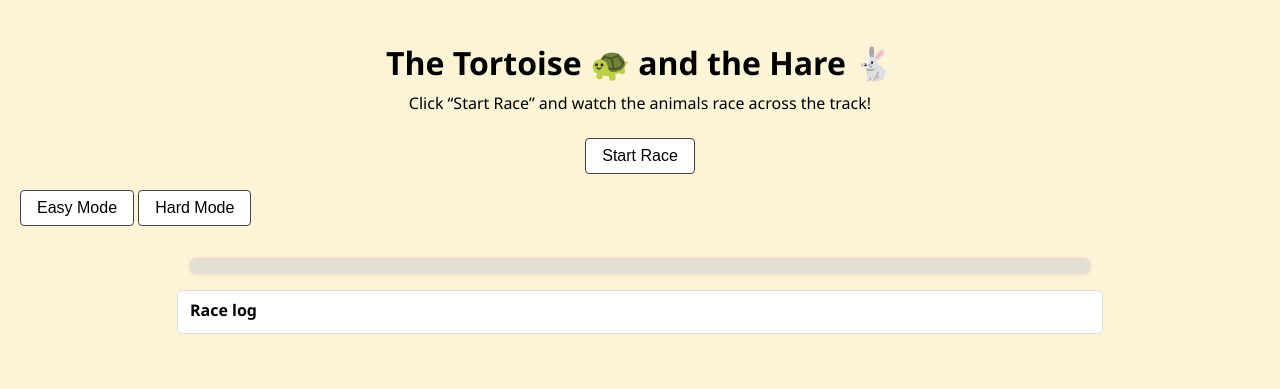
Repository: Caroesspinosa/tortoise-hare-enhanced-CarolinaEspinosa
Page: tortoise_hare.html
An editor plug-in stored every save of this project. The page is shown before and after the next save, followed by the edit.
The browser window is 1280 px wide. The pictures show the whole page.

Above is the page before, as saved 2026-03-29 23:21:14.

### tortoise_hare.html
<!doctype html>
<html lang="en">
    <head>
        <meta charset="UTF-8" />
        <title>The Tortoise and the Hare Race</title>
        <link rel="stylesheet" href="style.css" />
        <!-- script tag for the JS file -->
    </head>

    <body>
        <h1>The Tortoise 🐢 and the Hare 🐇</h1>
        <p class="description">
            Click “Start Race” and watch the animals race across the track!
        </p>

        <div class="controls">
            <button id="startBtn">Start Race</button>
        </div>

        <div class="difficulty">
            <button id="easy-mode">Easy Mode</button>
            <button id="hard-mode">Hard Mode</button>
        </div>

        <div class="track-wrapper">
            <div id="message"></div>
            <div id="track" class="track"></div>
        </div>

        <!-- We will do the log if we have time -->
        <div id="log">
            <h2>Race log</h2>
            <!-- entries added here by JavaScript -->
        </div>
    </body>
</html>

### style.css
body {
	background-color: #fdf3d7;
	font-family: 'Segoe UI', sans-serif;
	margin: 0;
	padding: 20px;
}

h1 {
	text-align: center;
	margin-bottom: 0.5rem;
}

p.description {
	text-align: center;
	margin-top: 0;
	margin-bottom: 1.5rem;
}

.controls {
	display: flex;
	justify-content: center;
	align-items: center;
	gap: 1rem;
	margin-bottom: 1rem;
	flex-wrap: wrap;
}

button {
	padding: 0.5rem 1rem;
	font-size: 1rem;
	border-radius: 4px;
	border: 1px solid #444;
	background-color: #fff;
	cursor: pointer;
}

button:disabled {
	opacity: 0.5;
	cursor: not-allowed;
}

.track-wrapper {
	max-width: 900px;
	margin: 0 auto;
}

#message {
	text-align: center;
	min-height: 1.5em;
	font-weight: bold;
	margin-bottom: 0.5rem;
}

.track {
	display: grid;
	grid-template-columns: repeat(70, 1.1fr);
	gap: 1px;
	padding: 8px;
	background-color: #e2ded0;
	border-radius: 6px;
	box-shadow: 0 0 4px rgba(0, 0, 0, 0.1);
	overflow: hidden;
}

.cell {
	height: 24px;
	display: flex;
	justify-content: center;
	align-items: center;
	font-size: 1.1rem;
	background-color: #fdfaf3;
}

.tortoise {
	background-color: #3b873e;
	/* color: #fff; */
}

.hare {
	background-color: #f08c2e;
	/* color: #fff; */
}

.both {
	background-color: #c0392b;
	/* color: #fff; */
}

#log {
	max-width: 900px;
	margin: 1rem auto 0;
	padding: 0.5rem 0.75rem;
	background-color: #fff;
	border-radius: 6px;
	border: 1px solid #ddd;
	font-size: 0.85rem;
	max-height: 50vh;
	overflow-y: auto;
}

#log h2 {
	margin: 0 0 0.25rem;
	font-size: 1rem;
}

#log .entry {
	font-family: monospace;
}

After the next save:
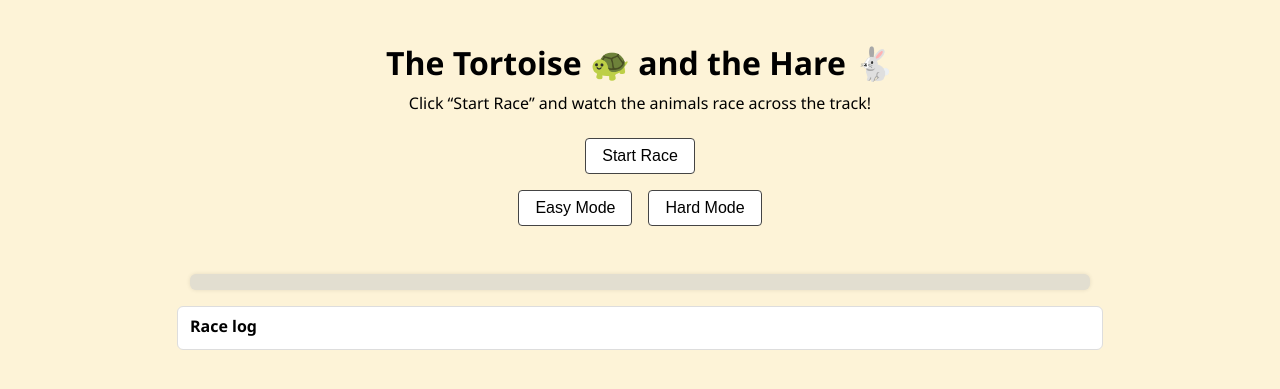
Saved 4 s later.
--- a/style.css
+++ b/style.css
@@ -1,108 +1,117 @@
 body {
-	background-color: #fdf3d7;
-	font-family: 'Segoe UI', sans-serif;
-	margin: 0;
-	padding: 20px;
+    background-color: #fdf3d7;
+    font-family: "Segoe UI", sans-serif;
+    margin: 0;
+    padding: 20px;
 }
 
 h1 {
-	text-align: center;
-	margin-bottom: 0.5rem;
+    text-align: center;
+    margin-bottom: 0.5rem;
 }
 
 p.description {
-	text-align: center;
-	margin-top: 0;
-	margin-bottom: 1.5rem;
+    text-align: center;
+    margin-top: 0;
+    margin-bottom: 1.5rem;
 }
 
 .controls {
-	display: flex;
-	justify-content: center;
-	align-items: center;
-	gap: 1rem;
-	margin-bottom: 1rem;
-	flex-wrap: wrap;
+    display: flex;
+    justify-content: center;
+    align-items: center;
+    gap: 1rem;
+    margin-bottom: 1rem;
+    flex-wrap: wrap;
+}
+
+.difficulty {
+    display: flex;
+    justify-content: center;
+    align-items: center;
+    gap: 1rem;
+    margin-bottom: 1rem;
+    flex-wrap: wrap;
 }
 
 button {
-	padding: 0.5rem 1rem;
-	font-size: 1rem;
-	border-radius: 4px;
-	border: 1px solid #444;
-	background-color: #fff;
-	cursor: pointer;
+    padding: 0.5rem 1rem;
+    font-size: 1rem;
+    border-radius: 4px;
+    border: 1px solid #444;
+    background-color: #fff;
+    cursor: pointer;
 }
 
 button:disabled {
-	opacity: 0.5;
-	cursor: not-allowed;
+    opacity: 0.5;
+    cursor: not-allowed;
 }
 
 .track-wrapper {
-	max-width: 900px;
-	margin: 0 auto;
+    max-width: 900px;
+    margin: 0 auto;
 }
 
 #message {
-	text-align: center;
-	min-height: 1.5em;
-	font-weight: bold;
-	margin-bottom: 0.5rem;
+    text-align: center;
+    min-height: 1.5em;
+    font-weight: bold;
+    margin-bottom: 0.5rem;
 }
 
 .track {
-	display: grid;
-	grid-template-columns: repeat(70, 1.1fr);
-	gap: 1px;
-	padding: 8px;
-	background-color: #e2ded0;
-	border-radius: 6px;
-	box-shadow: 0 0 4px rgba(0, 0, 0, 0.1);
-	overflow: hidden;
+    display: grid;
+    grid-template-columns: repeat(70, 1.1fr);
+    gap: 1px;
+    padding: 8px;
+    background-color: #e2ded0;
+    border-radius: 6px;
+    box-shadow: 0 0 4px rgba(0, 0, 0, 0.1);
+    overflow: hidden;
 }
 
 .cell {
-	height: 24px;
-	display: flex;
-	justify-content: center;
-	align-items: center;
-	font-size: 1.1rem;
-	background-color: #fdfaf3;
+    height: 24px;
+    display: flex;
+    justify-content: center;
+    align-items: center;
+    font-size: 1.1rem;
+    background-color: #fdfaf3;
 }
 
 .tortoise {
-	background-color: #3b873e;
-	/* color: #fff; */
+    background-color: #3b873e;
+    /* color: #fff; */
 }
 
 .hare {
-	background-color: #f08c2e;
-	/* color: #fff; */
+    background-color: #f08c2e;
+    /* color: #fff; */
 }
 
 .both {
-	background-color: #c0392b;
-	/* color: #fff; */
+    background-color: #c0392b;
+    /* color: #fff; */
 }
 
 #log {
-	max-width: 900px;
-	margin: 1rem auto 0;
-	padding: 0.5rem 0.75rem;
-	background-color: #fff;
-	border-radius: 6px;
-	border: 1px solid #ddd;
-	font-size: 0.85rem;
-	max-height: 50vh;
-	overflow-y: auto;
+    max-width: 900px;
+    margin: 1rem auto 0;
+    padding: 0.5rem 0.75rem;
+    background-color: #fff;
+    border-radius: 6px;
+    border: 1px solid #ddd;
+    font-size: 0.85rem;
+    max-height: 50vh;
+    overflow-y: auto;
 }
 
 #log h2 {
-	margin: 0 0 0.25rem;
-	font-size: 1rem;
+    margin: 0 0 0.25rem;
+    font-size: 1rem;
 }
 
 #log .entry {
-	font-family: monospace;
+    font-family: monospace;
 }
